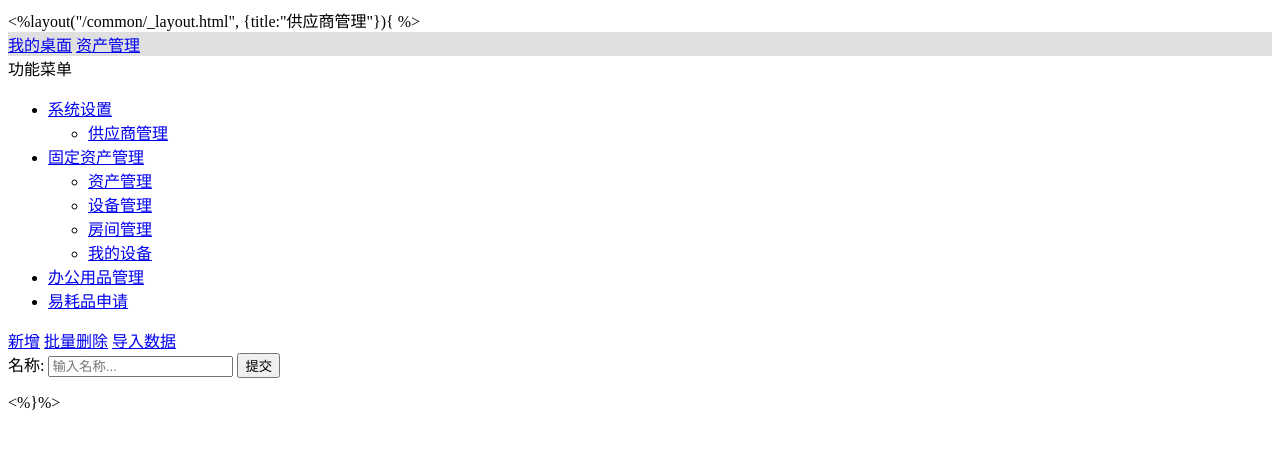
Repository: GaoChengliang/summerTask
Page: Campus_gcl/WebRoot/asset_management/supplier/supplier.html
The author's editor kept a copy of each file at every save. The page is drawn from the files as they stood at one save, then again after the next save.
The browser window is 1280 px wide. The pictures show the whole page.

Above is the page before, as saved 2015-08-14 12:51:24.
Console error: ReferenceError: jQuery is not defined

After the next save:
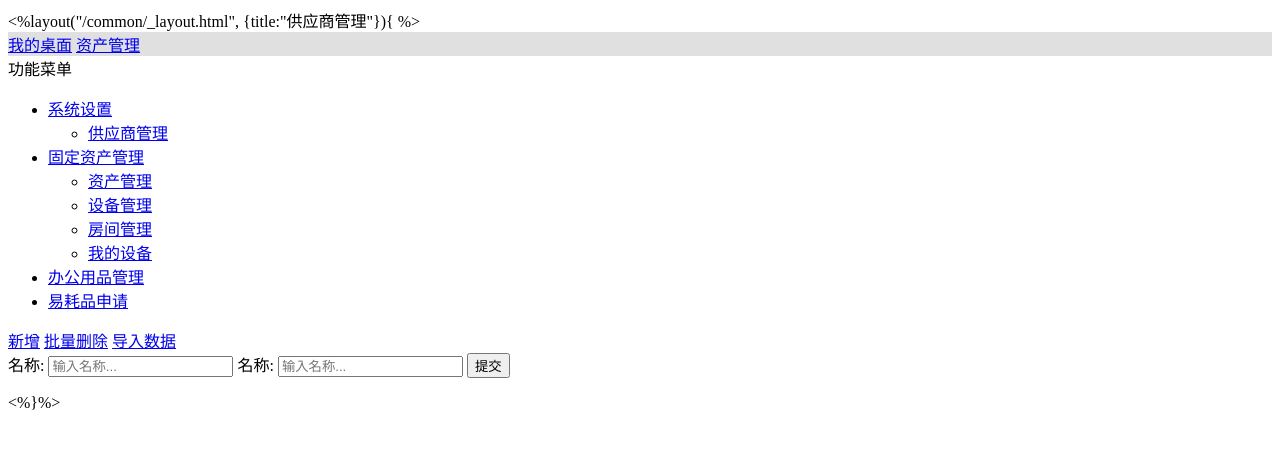
Saved 23 s later.
--- a/Campus_gcl/WebRoot/asset_management/supplier/supplier.html
+++ b/Campus_gcl/WebRoot/asset_management/supplier/supplier.html
@@ -47,6 +47,8 @@
 					<form>
 					<label>名称:</label>
 					<input placeholder="输入名称..." type="text"/>
+					<label>名称:</label>
+					<input placeholder="输入名称..." type="text"/>
 					<button class="btn btn-default" type="submit">提交</button>
 					</form>
 				</div>
